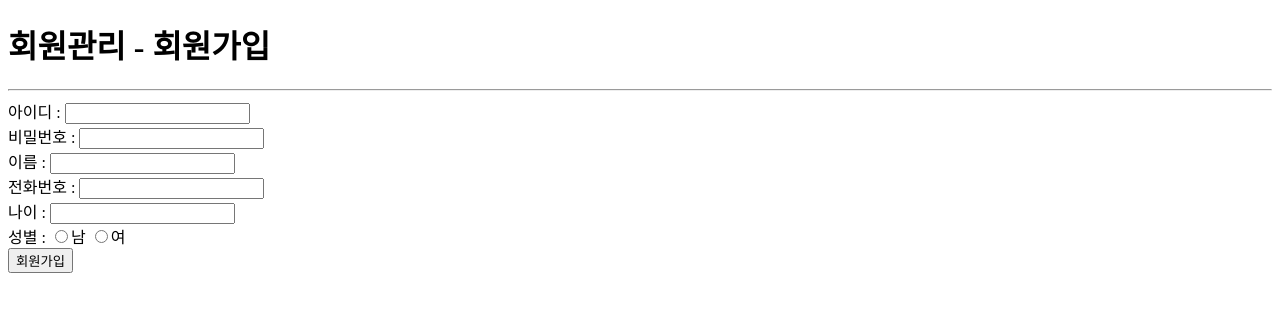
Repository: wona-owo/Spring
Page: http://localhost/00_spring/member/joinFrm.kh
These files come from the project's save history. The page is drawn as it stood at one moment and after the next save; the edit follows.
The browser window is 1280 px wide. The pictures show the whole page.
The page is served by Tomcat 9.

Above is the page before, as saved 2024-12-03 08:30:03.

After the next save:
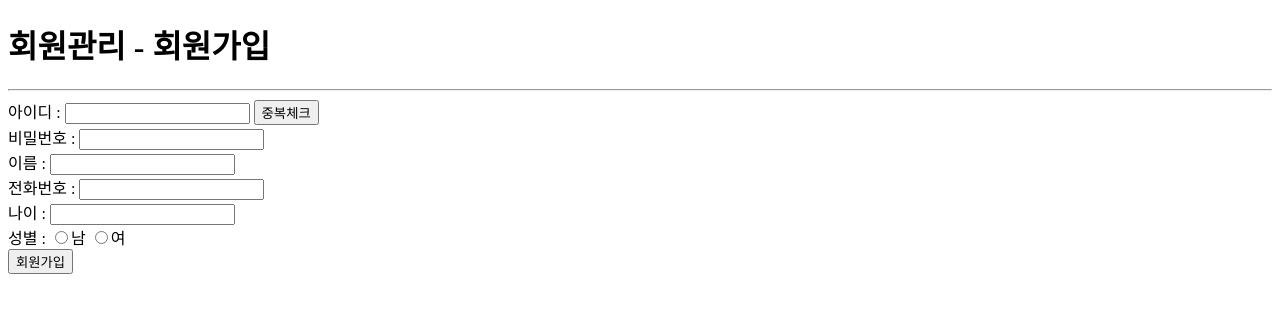
Saved 63 s later.
--- a/00_spring/src/main/webapp/WEB-INF/views/member/join.jsp
+++ b/00_spring/src/main/webapp/WEB-INF/views/member/join.jsp
@@ -13,7 +13,7 @@
 	<hr>
 
 	<form action="/member/join.kh" method="post">
-		아이디 : <input type="text" name="memberId"> <br>
+		아이디 : <input type="text" name="memberId"> <button type ="button" id="idDuplChk">중복체크</button> <br>
 		비밀번호 : <input type="password" name="memberPw"> <br>
 		이름 : <input type="text" name="memberName"> <br>
 		전화번호 : <input type="text" name="memberPhone"> <br>
@@ -22,5 +22,9 @@
 		      <input type="radio" name="memberGender" value="W">여 <br>
 		 <input type="submit" value="회원가입">
 	</form>
+
+	<script>
+
+	</script>
 </body>
 </html>
